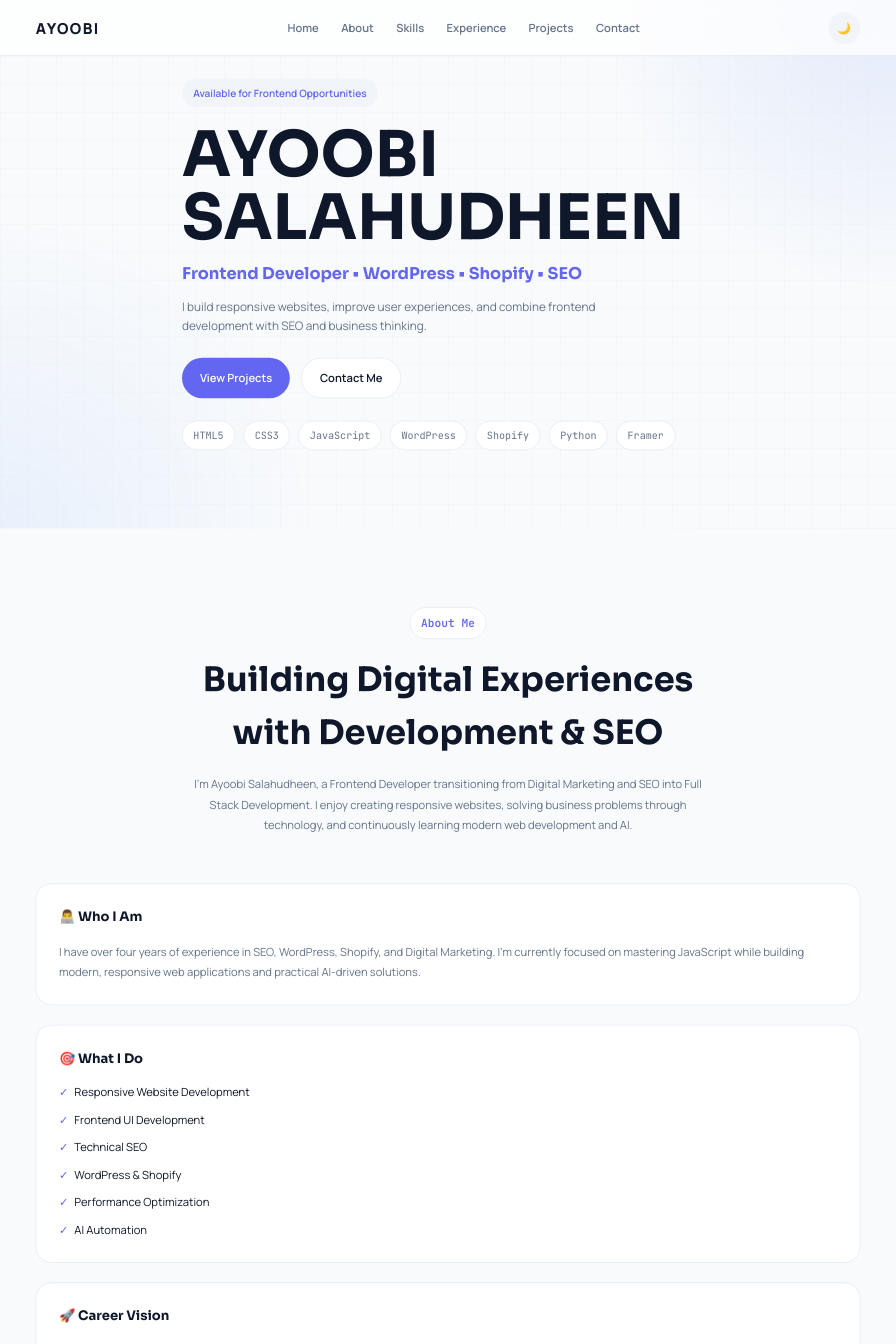
Repository: Aybscoder/portfolio
Page: index.html
The author's editor kept a copy of each file at every save. The page is drawn from the files as they stood at one save, then again after the next save.
The browser window is 1280 px wide. The pictures show the part of the page from y = 0 to 1920 px (the page is 9744 px tall before and 9847 px after), at 70% of full size.

Above is the page before, as saved 2026-07-10 13:34:44.

After the next save:
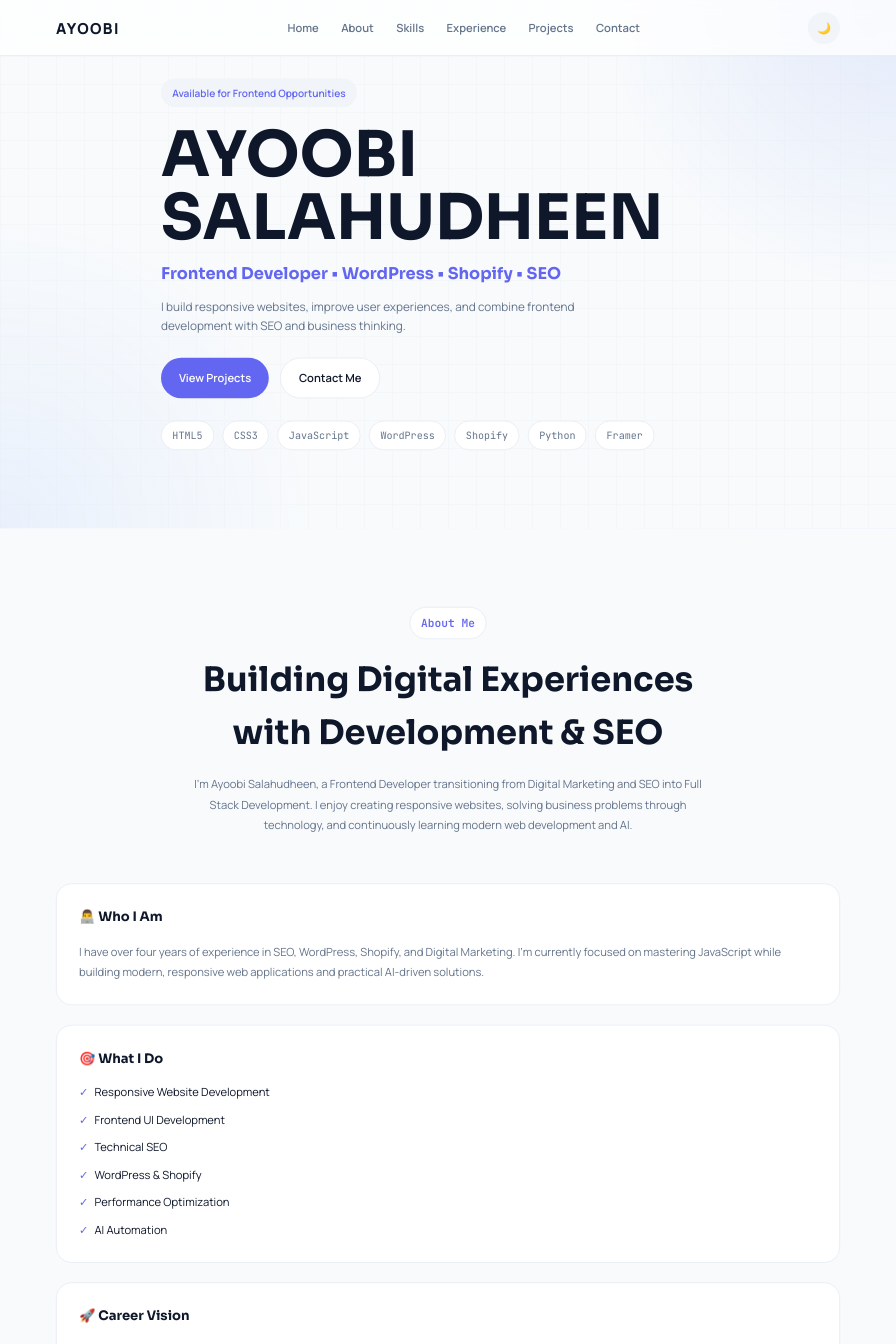
Saved 6 min 17 s later.
--- a/index.html
+++ b/index.html
@@ -799,14 +799,14 @@ and combine frontend development with SEO and business thinking.
             <a href="https://github.com/Aybscoder"
                target="_blank">
 
-                <i class="fab fa-github"></i>
+               <i class="fa-brands fa-github"></i>
 
             </a>
 
             <a href="https://linkedin.com/in/ayoobi-salahudheen-89332045"
                target="_blank">
 
-                <i class="fab fa-linkedin-in"></i>
+                <i class="fa-brands fa-linkedin-in"></i>
 
             </a>
 
--- a/css/layout.css
+++ b/css/layout.css
@@ -10,8 +10,11 @@ body{
 }
 
 .container{
-    width:min(1180px,92%);
+
+    width:min(1120px,92%);
+
     margin-inline:auto;
+
 }
 
 main{
@@ -30,7 +33,9 @@ section{
 }
 
 .hero-content{
-    max-width:760px;
+
+    max-width:820px;
+
 }
 
 .hero-buttons{
@@ -75,8 +80,11 @@ section{
 }
 
 footer{
+
+    padding:3rem 0;
+
     border-top:1px solid var(--border);
-    padding:2rem 0;
-    text-align:center;
-    color:var(--text-light);
+
+    margin-top:5rem;
+
 }
